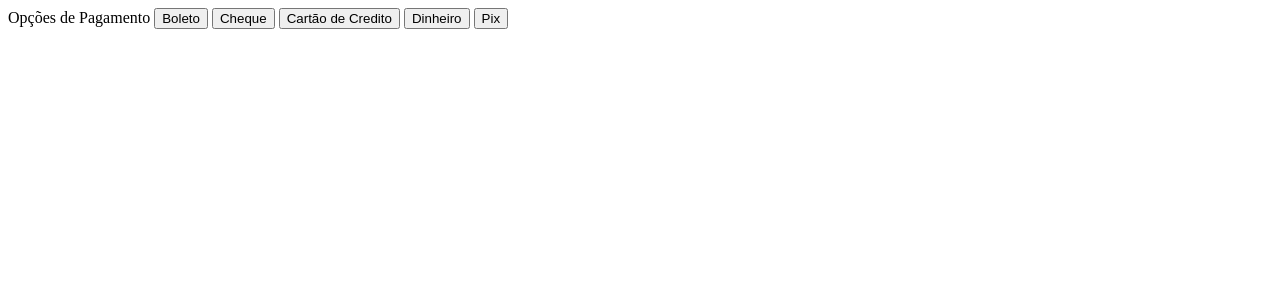
Repository: RobertoAntunes35/payment-control
Page: FRONTEND/index.html
An editor plug-in stored every save of this project. The page is shown before and after the next save, followed by the edit.
The browser window is 1280 px wide. The pictures show the whole page.

Above is the page before, as saved 2023-03-17 14:06:05.

### FRONTEND/index.html
<!DOCTYPE html>
<html lang="en">
<head>
    <meta charset="UTF-8">
    <meta http-equiv="X-UA-Compatible" content="IE=edge">
    <meta name="viewport" content="width=device-width, initial-scale=1.0">
    <title>Contas a Pagar</title>
</head>
<body>
    <header></header>
    <main>
        <div class="container">
            <div class="left-side">
                <div class="buttons">
                    <label for="">Opções de Pagamento</label>
                    <button>Boleto</button>
                    <button>Cheque</button>
                    <button>Cartão de Credito</button>
                    <button>Dinheiro</button>
                    <button>Pix</button>
                </div>
            </div>
            <div class="right-side">

            </div>
        </div>
    </main>
    <footer></footer>
</body>
</html>

After the next save:
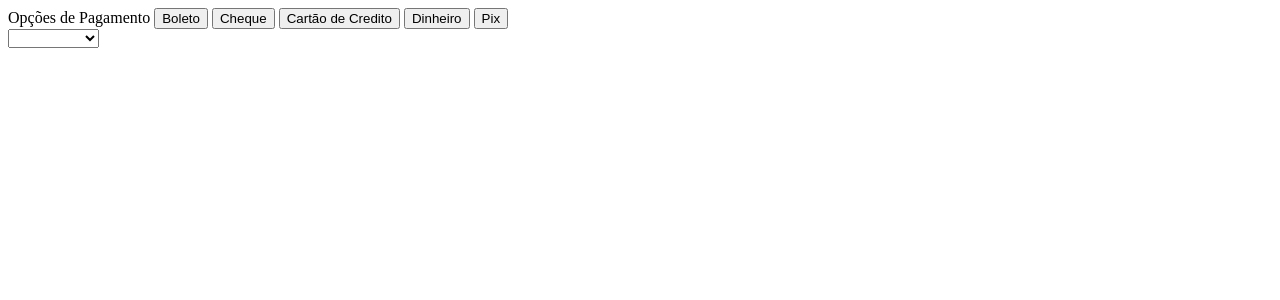
Saved 99 s later.
--- a/FRONTEND/index.html
+++ b/FRONTEND/index.html
@@ -19,6 +19,18 @@
                     <button>Dinheiro</button>
                     <button>Pix</button>
                 </div>
+                <div class="values-payment">
+                    <div class="fornecedor">
+                        <select name="" id="">
+                            <label for="">Fornecedores</label>
+                            <option value="" selected></option>
+                            <option value="">BELLPAR</option>
+                            <option value="">ASTECA</option>
+                            <option value="">SOCORRO</option>
+                            <option value="">BELLPAR</option>
+                        </select>
+                    </div>
+                </div>
             </div>
             <div class="right-side">
 
